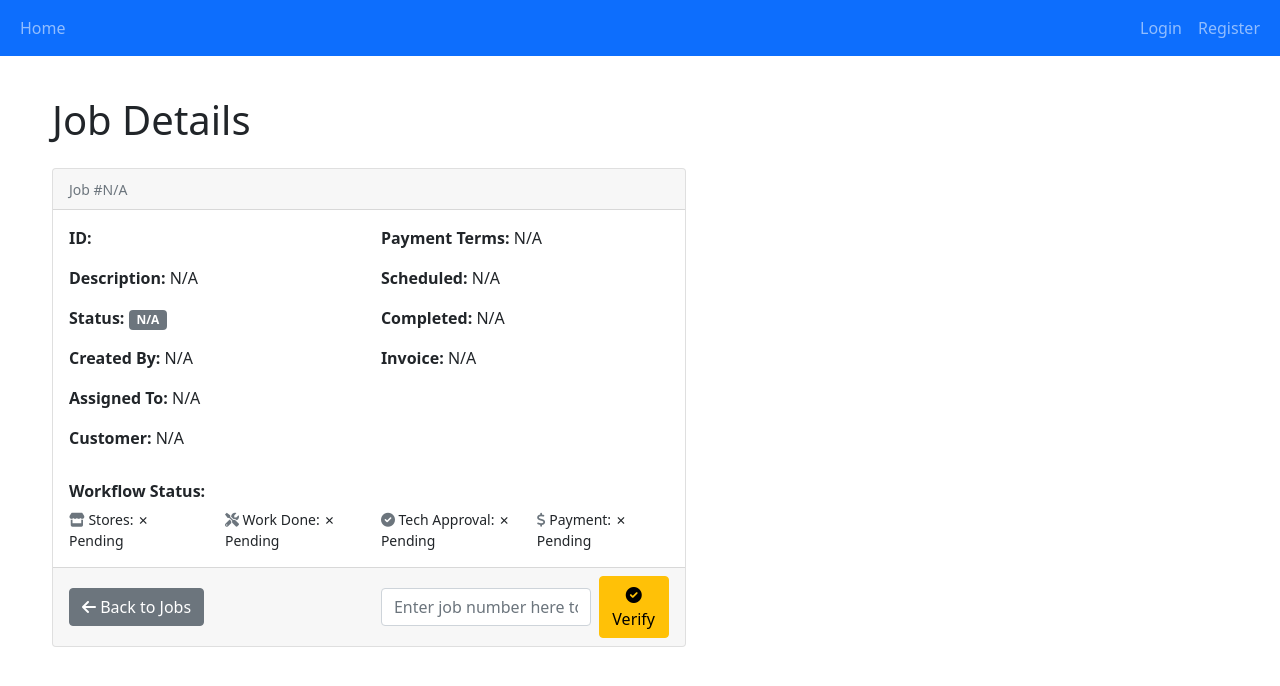
Repository: Matsikembareb/myPowervision
Page: 01prototype/myPowervision/templates/job_management/helpdesk/verify_job.html
These files come from the project's save history. The page is drawn as it stood at one moment and after the next save; the edit follows.
The browser window is 1280 px wide. The pictures show the whole page.
The page is served by the project's application, run on Flask 3 (01prototype/myPowervision/__init__.py). The template is opened directly, without the code that normally fills it, so the values that code supplies are empty.

Above is the page before, as saved 2025-10-01 15:44:46.

After the next save:
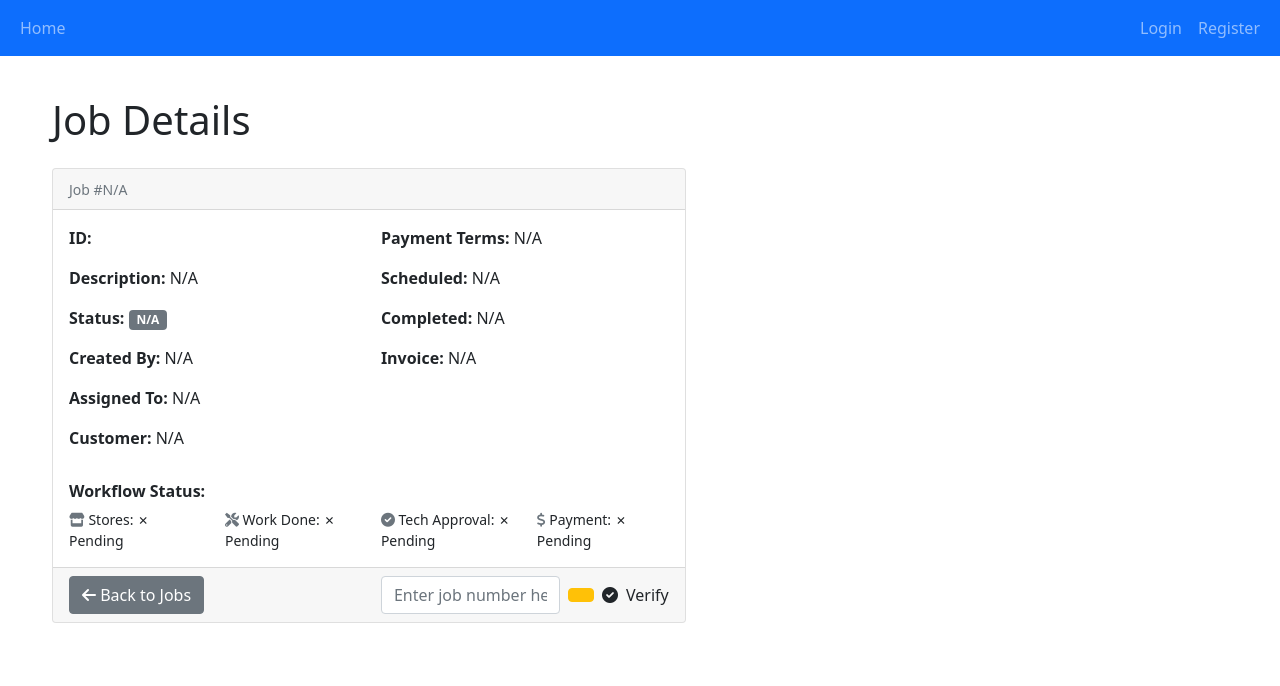
Saved 39 s later.
--- a/01prototype/myPowervision/templates/job_management/helpdesk/verify_job.html
+++ b/01prototype/myPowervision/templates/job_management/helpdesk/verify_job.html
@@ -87,8 +87,8 @@
                         </div>
                         <div class="col-md-6">
                             <form method="POST" action="" class="d-flex justify-content-end align-items-center gap-2">
-                                    <input type="text" class="form-control form-control" id="job_number_verify" name="job_number_verify" placeholder="Enter job number here to Verify" required>
-                                <button type="submit" class="btn btn-warning" onclick="return confirm('Are you sure you want to verify this job? This action cannot be undone.')">
+                                <input type="text" class="form-control" id="job_number_verify" name="job_number_verify" placeholder="Enter job number here to Verify" required>
+                                <button type="submit" class="btn btn-warning text-nowrap" onclick="return confirm('Are you sure you want to verify this job? This action cannot be undone.')"></button>
                                     <i class="fas fa-check-circle"></i> Verify
                                 </button>
                             </form>
